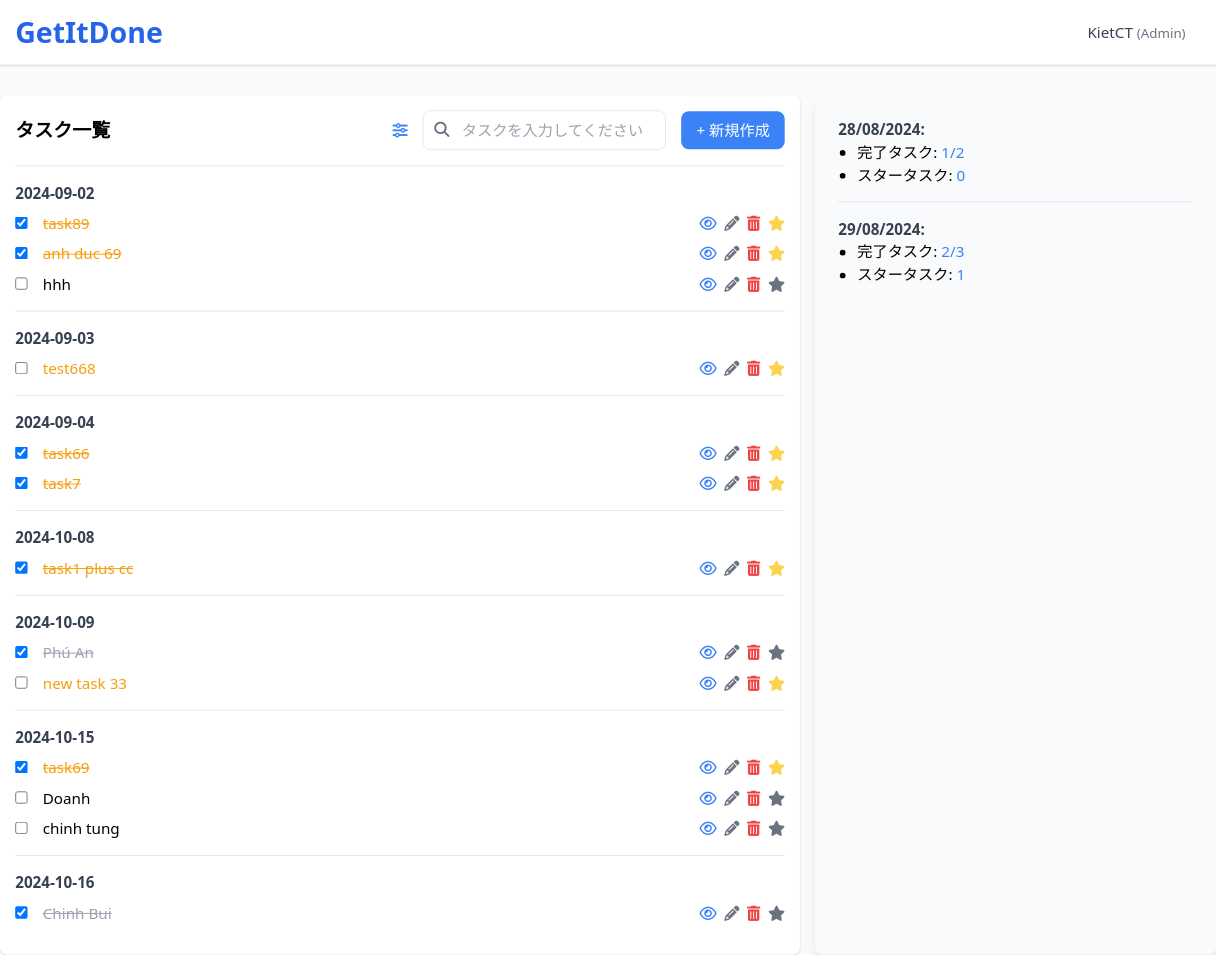
Repository: TuanAnhNguyen723/todolist
Page: http://localhost/mainscreen/mainscreen.php
An editor plug-in stored every save of this project. The page is shown before and after the next save, followed by the edit.
The browser window is 1280 px wide. The pictures show the whole page, at 95% of full size.
Some web libraries are served in a nearby version. The page is run by PHP 8.4 with error messages shown; the project is at /var/www/html/. The database holds what the project's SQL file puts in it.

Above is the page before, as saved 2024-10-02 14:14:12.

### mainscreen/mainscreen.php
<!DOCTYPE html>
<?php
include '../mainscreen/mainscreenController.php';
?>

<html lang="ja">
  <head>
    <meta charset="UTF-8" />
    <meta name="viewport" content="width=device-width, initial-scale=1.0" />
    <title>GetItDone Task List</title>
    <link
      href="https://cdn.jsdelivr.net/npm/tailwindcss@2.2.19/dist/tailwind.min.css"
      rel="stylesheet"
    />
    <link
      rel="stylesheet"
      href="https://cdnjs.cloudflare.com/ajax/libs/font-awesome/6.6.0/css/all.min.css"
    />

    <link href="./mainscreen.css">
    <script src="./mainscreen.js" defer></script>

  </head>
  <body class="bg-gray-50">
    <!-- Header Section -->
    <header class="bg-white shadow p-4 flex justify-between items-center">
      <div class="flex items-center">
        <h1 class="text-3xl font-bold text-blue-600">GetItDone</h1>
      </div>
      <div class="flex items-center">
        <span class="text-gray-700 mr-4"
          >KietCT <span class="text-sm text-gray-500">(Admin)</span></span
        >
      </div>
    </header>

    <!-- Main Section -->
    <main class="container mx-auto mt-8">
      <div class="flex justify-between">
        <!-- Task List -->
        <div class="w-2/3 bg-white p-4 shadow rounded-lg">
          <div class="flex justify-between items-center mb-4">
            <!-- Task List Title -->
            <h2 class="text-xl font-bold">タスク一覧</h2>

            <div class="flex items-center space-x-4">
              <!-- Filter Icon -->
              <button class="text-blue-500 hover:text-gray-700">
                <i class="fas fa-sliders-h"></i>
              </button>

              <!-- Search Input with Icon -->
              <div class="relative">
                <input
                  type="text"
                  class="border rounded-lg pl-10 pr-3 py-2 w-64"
                  placeholder="タスクを入力してください"
                />
                <!-- Search Icon -->
                <i
                  class="fas fa-search absolute left-3 top-3 text-gray-500"
                ></i>
              </div>

              <!-- New Task Button -->
              <button
                class="newtask bg-blue-500 text-white px-4 py-2 rounded-lg"
              >
                + 新規作成
              </button>
            </div>
          </div>

          <!-- Task Groups by Date -->
          <div class="task-container">
          <?php foreach ($tasks_by_date as $date => $tasks): ?>
            <div class="mb-4 border-t pt-4">
                <h3 class="font-bold text-gray-700"><?php echo htmlspecialchars($date); ?></h3>

                <?php foreach ($tasks as $task): ?>
                    <div class="task-container2 flex justify-between items-center space-x-4 my-2">
                        <div class="flex items-center space-x-4">
                            <!-- // Kết hợp giữa trạng thái checked và trạng thái star -->
                            <label class="custom-checkbox">
                              <input
                                  type="checkbox"
                                  class="hidden-checkbox toggle-complete"
                                  data-task-id="<?php echo $task['task_id']; ?>"
                                  <?php echo $task['checked'] ? 'checked' : ''; ?>
                              />
                              <span class="custom-checkbox-box <?php echo $task['star'] ? 'bg-yellow-500 border-yellow-500' : ''; ?>"></span>
                          </label>

                            <!-- // Kết hợp trạng thái star với việc đánh dấu gạch ngang nếu hoàn thành -->
                            <span class="task-text <?php echo $task['checked'] ? 'line-through text-gray-400' : ''; ?> <?php echo $task['star'] ? 'text-yellow-500' : ''; ?>">
                                <?php echo htmlspecialchars($task['title']); ?>
                            </span>
                        </div>
                        <div class="flex space-x-2">
                            <!-- Nút xem chi tiết -->
                            <button class="text-blue-500 hover:text-blue-700">
                                <i class="fa fa-eye"></i>
                            </button>

                            <!-- Nút sửa -->
                            <button class="text-gray-500 hover:text-gray-700 edit-task-button" data-task-id="<?php echo $task['task_id']; ?>">
                                <i class="fa fa-pencil"></i>
                            </button>

                            <!-- Nút xóa -->
                            <form action="./mainscreenController.php" method="POST" style="display:inline;">
                                <input type="hidden" name="task_id" value="<?php echo $task['task_id']; ?>">
                                <button type="submit" name="delete_task" class="text-red-500 hover:text-red-700">
                                    <i class="fa fa-trash"></i>
                                </button>
                            </form>

                            <!-- // Kết hợp trạng thái star -->
                            <button class="text-gray-500 hover:text-yellow-300 star-icon <?php echo $task['star'] ? 'text-yellow-300' : ''; ?>" data-task-id="<?php echo $task['task_id']; ?>">
                                <i class="fa fa-star"></i>
                            </button>
                        </div>
                    </div>
                <?php endforeach; ?>
            </div>
          <?php endforeach; ?>



          </div>
        </div>

        <!-- Task Completion Summary -->
        <div
          id="task-summary"
          class="w-1/3 bg-grey-900 p-6 rounded-lg shadow-lg ml-4"
        >
          <h3 class="font-bold text-gray-700">28/08/2024:</h3>
          <ul class="list-disc pl-5">
            <li>完了タスク: <span class="text-blue-500">1/2</span></li>
            <li>スタータスク: <span class="text-blue-500">0</span></li>
          </ul>

          <h3 class="font-bold text-gray-700 mt-4 border-t pt-4">
            29/08/2024:
          </h3>
          <ul class="list-disc pl-5">
            <li>完了タスク: <span class="text-blue-500">2/3</span></li>
            <li>スタータスク: <span class="text-blue-500">1</span></li>
          </ul>
        </div>

        <!-- Task Add Modal -->
        <div id="taskAddModal" class="fixed z-50 inset-0 overflow-y-auto hidden">
          <div class="flex items-center justify-center min-h-screen bg-black bg-opacity-50">
            <div class="relative bg-white w-96 p-6 rounded-lg shadow-lg">
              <!-- Close Button -->
              <button id="closeModal" class="absolute top-2 right-2 text-gray-500 hover:text-gray-700">
                <i class="fas fa-times"></i>
              </button>

              <!-- Modal Title -->
              <h2 class="text-2xl font-bold mb-4">タスク追加</h2>

              <!-- Form -->

              <form action="mainscreenController.php" method="POST">
                <!-- Task Title -->
                <input
                  name="title"
                  type="text"
                  placeholder="タイトルが入力してください"
                  class="title w-full border border-gray-300 p-2 rounded-lg mb-4"
                />

                <!-- Date Pickers -->
                <div class="flex justify-between space-x-4 mb-4">
                  <div class="w-1/2 relative">
                    <label for="time_start" class="sr-only">Start Date</label>
                    <input
                      type="date"
                      name="time_start"
                      class="w-full border border-gray-300 p-2 rounded-lg"
                    />
                  </div>
                  <div class="w-1/2 relative">
                    <label for="time_end" class="sr-only">End Date</label>
                    <input
                      type="date"
                      name="time_end"
                      class="w-full border border-gray-300 p-2 rounded-lg"
                    />
                  </div>
                </div>

                <!-- Task Description -->
                <textarea
                  name="description"
                  placeholder="ディスクリプが入力してください"
                  class="w-full border border-gray-300 p-2 rounded-lg mb-4"
                  rows="4"
                ></textarea>

                <!-- Buttons -->
                <div class="flex justify-between">
                  <button
                    type="submit"
                    class="bg-blue-500 text-white px-4 py-2 rounded-lg w-full mr-2"
                  >
                    作成
                  </button>
                  <button
                    type="button"
                    class="border border-blue-500 text-blue-500 px-4 py-2 rounded-lg w-full"
                    id="cancelButton"
                  >
                    キャンセル
                  </button>
                </div>
              </form>

            </div>
          </div>
        </div>

        <!-- Filter Modal -->
        <div
          id="filterModal"
          class="fixed inset-0 bg-black bg-opacity-30 flex justify-center items-center hidden"
        >
          <div class="bg-white p-6 rounded-lg shadow-lg w-80">
            <h2 class="text-xl font-bold mb-4">フィルターオプション</h2>

            <!-- Status Dropdown -->
            <div class="mb-4 relative">
              <label class="block text-gray-700 font-semibold"
                >ステータス</label
              >
              <button
                id="statusButton"
                class="bg-gray-200 border border-gray-300 p-2 w-full text-left rounded-lg flex justify-between items-center"
              >
                <span id="statusText">全ステータス</span>
                <i class="fas fa-chevron-down"></i>
              </button>

              <ul
                id="statusDropdown"
                class="absolute bg-white border border-gray-300 rounded-lg w-full hidden mt-1 z-10"
              >
                <li
                  class="p-2 hover:bg-blue-500 hover:text-white cursor-pointer"
                  data-value="全ステータス"
                >
                  全ステータス
                </li>
                <li
                  class="p-2 hover:bg-blue-500 hover:text-white cursor-pointer"
                  data-value="完了"
                >
                  完了
                </li>
                <li
                  class="p-2 hover:bg-blue-500 hover:text-white cursor-pointer"
                  data-value="未完了"
                >
                  未完了
                </li>
              </ul>
            </div>

            <!-- Date Picker -->
            <div class="flex items-center mb-4">
              <i class="fas fa-calendar mr-2"></i>
              <span>締め切り</span>
            </div>

            <!-- Star Task Checkbox -->
            <div class="flex items-center mb-4">
              <input type="checkbox" id="starTask" class="mr-2" />
              <label for="starTask">スタータスク</label>
            </div>

            <!-- Buttons -->
            <div class="flex justify-between">
              <button
                id="resetButton"
                class="bg-gray-300 text-gray-700 px-4 py-2 rounded-lg"
              >
                リセット
              </button>
              <button
                id="applyButton"
                class="bg-blue-500 text-white px-4 py-2 rounded-lg"
              >
                適用
              </button>
            </div>
          </div>
        </div>


     <!-- Modal chỉnh sửa task -->
      <div id="taskEditModal" class="fixed z-50 inset-0 overflow-y-auto hidden">
        <div class="flex items-center justify-center min-h-screen bg-black bg-opacity-50">
          <div class="relative bg-white w-96 p-6 rounded-lg shadow-lg">
            <!-- Close Button -->
            <button id="closeEditModal" class="absolute top-2 right-2 text-gray-500 hover:text-gray-700">
              <i class="fas fa-times"></i>
            </button>



            <!-- Modal Content -->
            <h2 class="text-2xl font-bold mb-4">タスク編集</h2>
            <!-- Form -->
            <form id="editTaskForm" action="mainscreenController.php" method="POST">
              <!-- Task ID (ẩn) để biết nhiệm vụ nào cần chỉnh sửa -->
              <input type="hidden" name="edit_task_id" value="">

              <!-- Task Title -->
              <input name="edit_title" type="text" placeholder="タイトルを入力してください" class="edit-title w-full border border-gray-300 p-2 rounded-lg mb-4" />

              <!-- Date Pickers -->
              <div class="flex justify-between space-x-4 mb-4">
                <div class="w-1/2 relative">
                  <label for="edit_time_start" class="sr-only">Start Date</label>
                  <input type="date" name="edit_time_start" class="edit-time-start w-full border border-gray-300 p-2 rounded-lg" />
                </div>
                <div class="w-1/2 relative">
                  <label for="edit_time_end" class="sr-only">End Date</label>
                  <input type="date" name="edit_time_end" class="edit-time-end w-full border border-gray-300 p-2 rounded-lg" />
                </div>
              </div>

              <!-- Task Description -->
              <textarea name="edit_description" placeholder="ディスクリプションを入力してください" class="edit-description w-full border border-gray-300 p-2 rounded-lg mb-4" rows="4"></textarea>

              <!-- Buttons -->
              <div class="flex justify-between">
                <button id="saveEditButton" class="bg-blue-500 text-white px-4 py-2 rounded-lg w-full mr-2">
                  保存
                </button>
                <button type="button" class="border border-blue-500 text-blue-500 px-4 py-2 rounded-lg w-full" id="cancelEditButton">
                  キャンセル
                </button>
              </div>
            </form>
          </div>
        </div>
      </div>

      </div>
    </main>

    <!-- Icons FontAwesome -->
    <script src="https://kit.fontawesome.com/a076d05399.js"></script>
  </body>
</html>

### config.php
<?php
define('DB_SERVER', 'localhost');
define('DB_USERNAME', 'root');
define('DB_PASSWORD', '');
define('DB_NAME', 'todolistdb');

$conn = mysqli_connect(DB_SERVER, DB_USERNAME, DB_PASSWORD, DB_NAME);



if($conn === false){
    die("ERROR: Could not connect. " . mysqli_connect_error());
}
?>

### todolistdb.sql (the tables this page reads)
CREATE TABLE `task` (
  `task_id` int(11) NOT NULL,
  `title` varchar(255) NOT NULL,
  `description` varchar(255) NOT NULL,
  `time_start` date NOT NULL,
  `time_end` date NOT NULL,
  `checked` tinyint(1) NOT NULL,
  `user_id` varchar(10) NOT NULL,
  `grouptask_id` varchar(10) NOT NULL,
  `star` tinyint(1) NOT NULL
) ENGINE=InnoDB DEFAULT CHARSET=utf8mb4 COLLATE=utf8mb4_general_ci;

INSERT INTO `task` (`task_id`, `title`, `description`, `time_start`, `time_end`, `checked`, `user_id`, `grouptask_id`, `star`) VALUES
(26, 'task89', 'test89', '2024-09-02', '2024-09-11', 1, 'some_user_', 'some_group', 1),
(28, 'task1 plus  cc', 'test1 plus cc', '2024-10-08', '2024-09-10', 1, 'some_user_', 'some_group', 1),
(30, 'task66', 'test66', '2024-09-04', '2024-09-13', 1, 'some_user_', 'some_group', 1),
(36, 'task69', 'test69\r\n', '2024-10-15', '2024-10-17', 1, 'some_user_', 'some_group', 1),
(38, 'task7', 'test7', '2024-09-04', '2024-10-15', 1, 'some_user_', 'some_group', 1),
(42, 'Doanh', 'đần', '2024-10-15', '2024-10-14', 0, 'some_user_', 'some_group', 0),
(46, 'Phú An', 'An ', '2024-10-09', '2024-10-14', 1, 'some_user_', 'some_group', 0),
(56, 'Chinh Bui', 'tft', '2024-10-16', '2024-10-21', 1, 'some_user_', 'some_group', 0),
(58, '              anh duc 69            ', 'anh duc 69', '2024-09-02', '2024-10-08', 1, 'some_user_', 'some_group', 1),
(59, '                            test668                        ', 'test668', '2024-09-03', '2024-10-08', 0, 'some_user_', 'some_group', 1),
(61, 'chinh tung', 'tung chinh', '2024-10-15', '2024-10-08', 0, 'some_user_', 'some_group', 0),
(62, 'new task 33', 'new test 3 3', '2024-10-09', '2024-10-11', 0, 'some_user_', 'some_group', 1),
(63, 'hhh', 'hhh', '2024-09-02', '2024-10-07', 0, 'some_user_', 'some_group', 0);

ALTER TABLE `task`
  ADD PRIMARY KEY (`task_id`);

ALTER TABLE `task`
  MODIFY `task_id` int(11) NOT NULL AUTO_INCREMENT, AUTO_INCREMENT=64;

Loaded but not shown: mainscreen/mainscreen.js (321 lines, source omitted); mainscreen/mainscreenController.php (196 lines, source omitted)

After the next save:
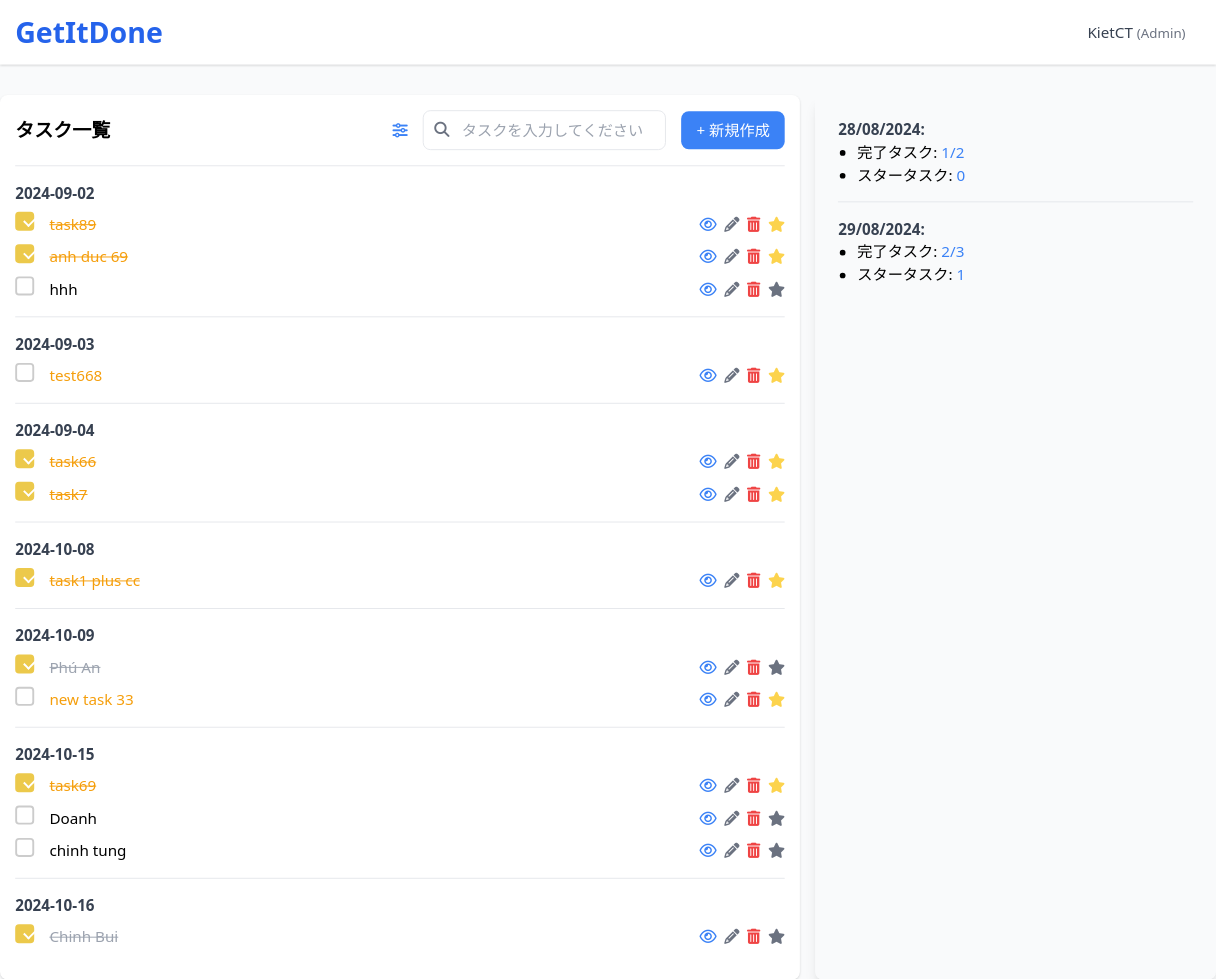
Saved 13 s later.
--- a/mainscreen/mainscreen.php
+++ b/mainscreen/mainscreen.php
@@ -19,6 +19,54 @@
 
     <link href="./mainscreen.css">
     <script src="./mainscreen.js" defer></script>
+
+    <style>
+      /* Ẩn checkbox gốc */
+.hidden-checkbox {
+  position: absolute;
+  opacity: 0;
+  cursor: pointer;
+}
+
+/* Tạo checkbox tùy chỉnh */
+.custom-checkbox {
+  display: inline-block;
+  vertical-align: middle;
+}
+
+/* Hộp mô phỏng checkbox */
+.custom-checkbox-box {
+  width: 1.25rem; /* Kích thước 5 */
+  height: 1.25rem; /* Kích thước 5 */
+  border: 2px solid #ccc;
+  display: inline-block;
+  position: relative;
+  cursor: pointer;
+  border-radius: 0.25rem;
+  background-color: #fff; /* Nền trắng mặc định */
+}
+
+/* Màu checkbox khi checked */
+.hidden-checkbox:checked + .custom-checkbox-box {
+  background-color: #ECC94B; /* bg-yellow-500 */
+  border-color: #ECC94B; /* Viền vàng */
+}
+
+/* Icon check bên trong checkbox */
+.hidden-checkbox:checked + .custom-checkbox-box:after {
+  content: "";
+  position: absolute;
+  top: 50%;
+  left: 50%;
+  transform: translate(-50%, -50%);
+  width: 0.5rem; /* Độ lớn của dấu check */
+  height: 0.75rem;
+  border: solid white;
+  border-width: 0 2px 2px 0;
+  transform: rotate(45deg) translate(-50%, -50%);
+}
+
+    </style>
 
   </head>
   <body class="bg-gray-50">

After the 4 saves that followed:
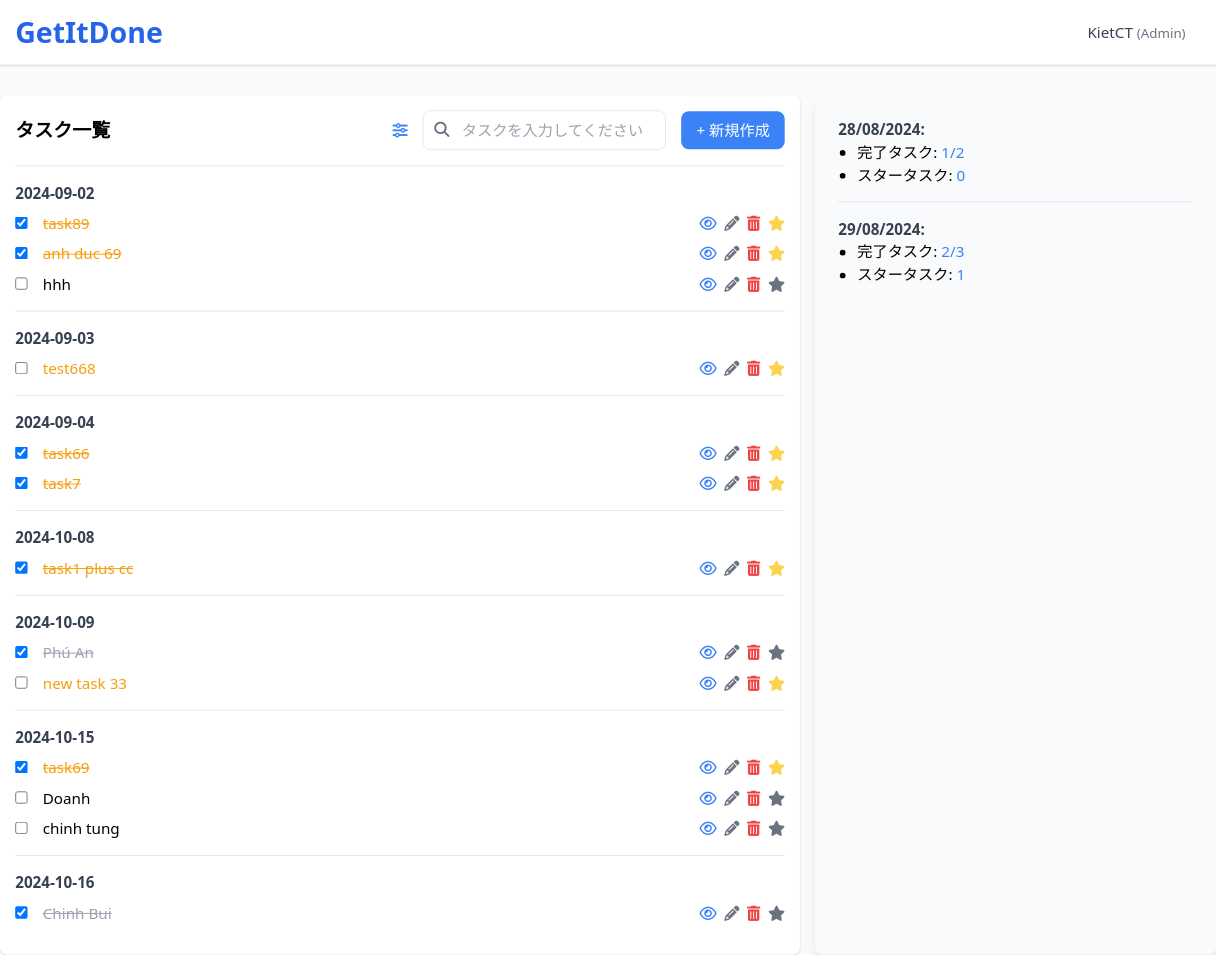
The 4 saves are shown as one change because 3 left the picture as it was.
The last was saved 2 min 10 s later.
--- a/mainscreen/mainscreen.php
+++ b/mainscreen/mainscreen.php
@@ -20,53 +20,6 @@
     <link href="./mainscreen.css">
     <script src="./mainscreen.js" defer></script>
 
-    <style>
-      /* Ẩn checkbox gốc */
-.hidden-checkbox {
-  position: absolute;
-  opacity: 0;
-  cursor: pointer;
-}
-
-/* Tạo checkbox tùy chỉnh */
-.custom-checkbox {
-  display: inline-block;
-  vertical-align: middle;
-}
-
-/* Hộp mô phỏng checkbox */
-.custom-checkbox-box {
-  width: 1.25rem; /* Kích thước 5 */
-  height: 1.25rem; /* Kích thước 5 */
-  border: 2px solid #ccc;
-  display: inline-block;
-  position: relative;
-  cursor: pointer;
-  border-radius: 0.25rem;
-  background-color: #fff; /* Nền trắng mặc định */
-}
-
-/* Màu checkbox khi checked */
-.hidden-checkbox:checked + .custom-checkbox-box {
-  background-color: #ECC94B; /* bg-yellow-500 */
-  border-color: #ECC94B; /* Viền vàng */
-}
-
-/* Icon check bên trong checkbox */
-.hidden-checkbox:checked + .custom-checkbox-box:after {
-  content: "";
-  position: absolute;
-  top: 50%;
-  left: 50%;
-  transform: translate(-50%, -50%);
-  width: 0.5rem; /* Độ lớn của dấu check */
-  height: 0.75rem;
-  border: solid white;
-  border-width: 0 2px 2px 0;
-  transform: rotate(45deg) translate(-50%, -50%);
-}
-
-    </style>
 
   </head>
   <body class="bg-gray-50">
